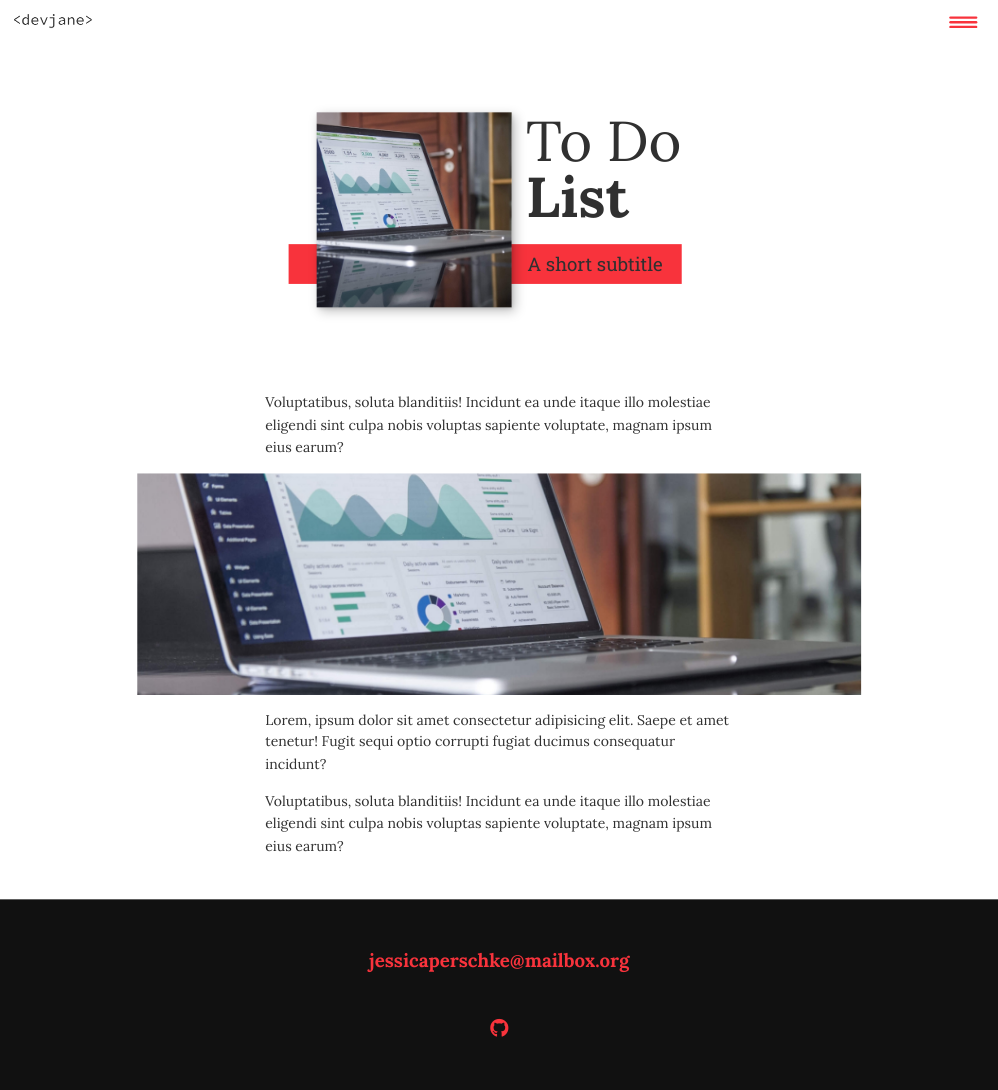
Repository: DinoDime/site
Page: portfolio-item2.html
These files come from the project's save history. The page is drawn as it stood at one moment and after the next save; the edit follows.
The browser window is 1280 px wide. The pictures show the whole page, at 78% of full size.
Some web libraries are served in a nearby version.

Above is the page before, as saved 2021-05-03 06:15:36.

### portfolio-item2.html
<!DOCTYPE html>
<html lang="en">
  <head>
    <link
      rel="stylesheet"
      href="https://cdnjs.cloudflare.com/ajax/libs/normalize/8.0.1/normalize.css"
    />
    <meta charset="UTF-8" />
    <meta name="viewport" content="width=device-width, initial-scale=1.0" />
    <title>Jess' Portfolio</title>
    <link
      rel="stylesheet"
      href="https://cdnjs.cloudflare.com/ajax/libs/normalize/7.0.0/normalize.min.css"
    />
    <link
      rel="stylesheet"
      href="https://cdnjs.cloudflare.com/ajax/libs/font-awesome/5.11.2/css/all.css"
      integrity="sha256-46qynGAkLSFpVbEBog43gvNhfrOj+BmwXdxFgVK/Kvc="
      crossorigin="anonymous"
    />

    <!-- Update these with your own fonts -->
    <link
      href="https://fonts.googleapis.com/css?family=Lora:400,700|Roboto+Slab:400,700&display=swap"
      rel="stylesheet"
    />

    <link rel="stylesheet" href="css/style.css" />
  </head>
  <body>
    <header>
      <div class="logo">
        <img src="img/devjane.png" alt="" />
      </div>
      <!--Hamburger button-->
      <button class="nav-toggle" aria-label="toggle navigation">
        <span class="hamburger"></span>
      </button>
      <nav class="nav">
        <ul class="nav__list">
          <li class="nav__item">
            <a href="index.html" class="nav__link">Home</a>
          </li>
          <li class="nav__item">
            <a href="index.html#Skills" class="nav__link">Skills</a>
          </li>
          <li class="nav__item">
            <a href="index.html#about" class="nav__link">About me</a>
          </li>
          <li class="nav__item">
            <a href="index.html#work" class="nav__link">My Work</a>
          </li>
        </ul>
      </nav>
    </header>

    <section class="intro">
      <h1 class="section__title section__title--intro">
        To Do <strong>List</strong>
      </h1>
      <p class="section__subtitle section__subtitle--intro">A short subtitle</p>
      <img src="img/portfolio-01.jpg" alt="" class="intro__img" />
    </section>

    <div class="portfolio-item-individual">
      <p>
        Voluptatibus, soluta blanditiis! Incidunt ea unde itaque illo molestiae
        eligendi sint culpa nobis voluptas sapiente voluptate, magnam ipsum eius
        earum?
      </p>
      <img src="img/portfolio-details.jpg" alt="" />
      <p>
        Lorem, ipsum dolor sit amet consectetur adipisicing elit. Saepe et amet
        tenetur! Fugit sequi optio corrupti fugiat ducimus consequatur incidunt?
      </p>
      <p>
        Voluptatibus, soluta blanditiis! Incidunt ea unde itaque illo molestiae
        eligendi sint culpa nobis voluptas sapiente voluptate, magnam ipsum eius
        earum?
      </p>
    </div>

    <!-- Footer -->
    <footer class="footer">
      <!-- replace with your own email address -->
      <a href="mailto:jessicaperschke@mailbox.org" class="footer__link"
        >jessicaperschke@mailbox.org</a
      >
      <ul class="social-list">
        <li class="social-list__item">
          <a class="social-list__link" href="https://github.com/jl-perschke">
            <i class="fab fa-github"></i>
          </a>
        </li>
      </ul>
    </footer>

    <script src="js/index.js"></script>
  </body>
</html>

### css/style.css
*,
*::before,
*::after {
    box-sizing: border-box;
}

/* Custom Properties, update these for your own design */

:root {
    --ff-primary: 'Lora', serif;
    --ff-secondary: 'Roboto Slab', serif;

    --fw-reg: 400;
    --fw-bold: 700;

    --clr-light: #fff;
    --clr-dark: #303030;
    --clr-accent: #f8333c;

    --fs-h1: 3rem;
    --fs-h2: 2.25rem;
    --fs-h3: 1.25rem;
    --fs-body: 1rem;

    --bs: 0.25em 0.25em 0.75em rgba(0,0,0,.25),
          0.125em 0.125em 0.25em rgba(0,0,0,.15);
}

@media (min-width: 800px) {
    :root {
        --fs-h1: 4.5rem;
        --fs-h2: 3.75rem;
        --fs-h3: 1.5rem;
        --fs-body: 1.125rem;
    }
}

/* General styles */

/* endable this to add smooth scrolling */
/* html {
    scroll-behavior: smooth;
} */


body {
    background: var(--clr-light);
    color: var(--clr-dark);
    margin: 0;
    font-family: var(--ff-primary);
    font-size: var(--fs-body);
    line-height: 1.6;
}

section {
    padding: 5em 2em;
}

img {
    display: block;
    max-width: 100%;
}

strong { font-weight: var(--fw-bold) }

:focus {
    outline: 3px solid var(--clr-accent);
    outline-offset: 3px;
}

/* Buttons */

.btn {
    display: inline-block;
    padding: .5em 2.5em;
    background: var(--clr-accent);
    color: var(--clr-dark);
    text-decoration: none;
    cursor: pointer;
    font-size: .8rem;
    text-transform: uppercase;
    letter-spacing: 2px;
    font-weight: var(--fw-bold);
    transition: transform 200ms ease-in-out;
}

.btn:hover {
    transform: scale(1.1);
}

/* Typography */

h1,
h2,
h3 {
    line-height: 1;
    margin: 0;
}

h1 { font-size: var(--fs-h1) }
h2 { font-size: var(--fs-h2) }
h3 { font-size: var(--fs-h3) }


.section__title {
    margin-bottom: .25em;
}

.section__title--intro {
    font-weight: var(--fw-reg);
}

.section__title--intro strong {
    display: block;
}

.section__subtitle {
    margin: 0;
    font-size: var(--fs-h3);
}

.section__subtitle--intro,
.section__subtitle--about {
    background: var(--clr-accent);
    padding: .25em 1em;
    font-family: var(--ff-secondary);
    margin-bottom: 1em;
}

.section__subtitle--work {
    color: var(--clr-accent);
    font-weight: var(--fw-bold);
    margin-bottom: 2em;
}

/* header */

header {
    display: flex;
    justify-content: space-between;
    padding: 1em;
}

.logo {
    max-width: 100px;
}

.nav {
    position: fixed;
    background: var(--clr-dark);
    color: var(--clr-light);
    top: 0;
    bottom: 0;
    left: 0;
    right: 0;
    z-index: 100;

    transform: translateX(100%);
    transition: transform 250ms cubic-bezier(.5, 0, .5, 1);
}

.nav__list {
    list-style: none;
    display: flex;
    height: 100%;
    flex-direction: column;
    justify-content: space-evenly;
    align-items: center;
    margin: 0;
    padding: 0;
}

.nav__link {
    color: inherit;
    font-weight: var(--fw-bold);
    font-size: var(--fs-h2);
    text-decoration: none;
}

.nav__link:hover {
    color: var(--clr-accent);
}

.nav-toggle {
    padding: .5em;
    background: transparent;
    border: 0;
    cursor: pointer;
    position: absolute;
    right: 1em;
    top: 1em;
    z-index: 1000;
}

.nav-open .nav {
    transform: translateX(0);
}

.nav-open .nav-toggle {
    position: fixed;
}

.nav-open .hamburger {
    transform: rotate(.625turn);
}

.nav-open .hamburger::before {
    transform: rotate(90deg) translateX(-6px);
}

.nav-open .hamburger::after {
    opacity: 0;
}






.hamburger {
    display: block;
    position: relative;
}

.hamburger,
.hamburger::before,
.hamburger::after {
    background: var(--clr-accent);
    width: 2em;
    height: 3px;
    border-radius: 1em;
    transition: transform 250ms ease-in-out;
}


.hamburger::before,
.hamburger::after {
    content: '';
    position: absolute;
    left: 0;
    right: 0;
}

.hamburger::before { top: 6px; }
.hamburger::after { bottom: 6px; }


/*  Intro section  */

.intro {
    position: relative;
}

.intro__img {
    box-shadow: var(--bs);
}

.section__subtitle--intro {
    display: inline-block;
}

@media (min-width: 600px) {
    .intro {
        display: grid;
        width: min-content;
        margin: 0 auto;
        grid-column-gap: 1em;
        grid-template-areas:
            "img title"
            "img subtitle";
        grid-template-columns: min-content max-content;
    }

    .intro__img {
        grid-area: img;
        min-width: 250px;
        position: relative;
        z-index: 2;
    }

    .section__subtitle--intro {
        align-self: start;
        grid-column: -1 / 1;
        grid-row: 2;
        text-align: right;
        position: relative;
        left: -1.5em;
        width: calc(100% + 1.5em);
    }
}



/*  My services section  */

.my-services {
    background-color: var(--clr-dark);
    background-image: url(../img/services-bg.jpg);
    background-size: cover;
    /* background-blend-mode: multiply; */
    color: var(--clr-light);
    text-align: center;
}

.section__title--services {
    color: var(--clr-accent);
    position: relative;
}

.section__title--services::after {
    content: '';
    display: block;
    width: 2em;
    height: 1px;
    margin: 0.5em auto 1em;
    background: var(--clr-light);
    opacity: 0.25;
}

.services {
    margin-bottom: 4em;
}

.service {
    max-width: 500px;
    margin: 0 auto;
}

@media (min-width: 800px) {
    .services {
        display: flex;
        max-width: 1000px;
        margin-left: auto;
        margin-right: auto;
    }

    .service + .service {
        margin-left: 2em;
    }
}


.about-me {
    max-width: 1000px;
    margin: 0 auto;
}

.about-me__img {
    box-shadow: var(--bs);
}

@media (min-width: 600px) {
    .about-me {
        display: grid;
        grid-template-columns: 1fr 200px;
        grid-template-areas:
            "title img"
            "subtitle img"
            "text img";
        grid-column-gap: 2em;
    }

    .section__title--about {
        grid-area: title;
    }

    .section__subtitle--about {
        grid-column: 1 / -1;
        grid-row: 2;
        position: relative;
        left: -1em;
        width: calc(100% + 2em);
        padding-left: 1em;
        padding-right: calc(200px + 4em);
    }

    .about-me__img {
        grid-area: img;
        position: relative;
        z-index: 2;
    }
}

/* My Work */

.my-work {
    background-color: var(--clr-dark);
    color: var(--clr-light);
    text-align: center;
}

.portfolio {
    display: grid;
    grid-template-columns: repeat(auto-fit, minmax(300px, 1fr));
}

.portfolio__item {
    background: var(--clr-accent);
    overflow: hidden;
}

.portfolio__img {
    transition:
        transform 750ms cubic-bezier(.5, 0, .5, 1),
        opacity 250ms linear;
}

.portfolio__item:focus {
    position: relative;
    z-index: 2;
}

.portfolio__img:hover,
.portfolio__item:focus .portfolio__img {
    transform: scale(1.2);
    opacity: .5;
}


/* footer */

.footer {
    background: #111;
    color: var(--clr-accent);
    text-align: center;
    padding: 2.5em 0;
    font-size: var(--fs-h3);

}

.footer a {
    color: inherit;
    text-decoration: none;
}

.footer__link {
    font-weight: var(--fw-bold);
}

.footer__link:hover,
.social-list__link:hover {
    opacity: .7;
}

.footer__link:hover {
    text-decoration: underline;
}

.social-list {
    list-style: none;
    display: flex;
    justify-content: center;
    margin: 2em 0 0;
    padding: 0;
}

.social-list__item {
    margin: 0 .5em;
}

.social-list__link {
    padding: .5em;
}


/* Individual portfolio item styles */

.portfolio-item-individual {
    padding: 0 2em 2em;
    max-width: 1000px;
    margin: 0 auto;
}

.portfolio-item-individual p {
    max-width: 600px;
    margin-left: auto;
    margin-right: auto;
}

Loaded but not shown: js/index.js (common file)

After the next save:
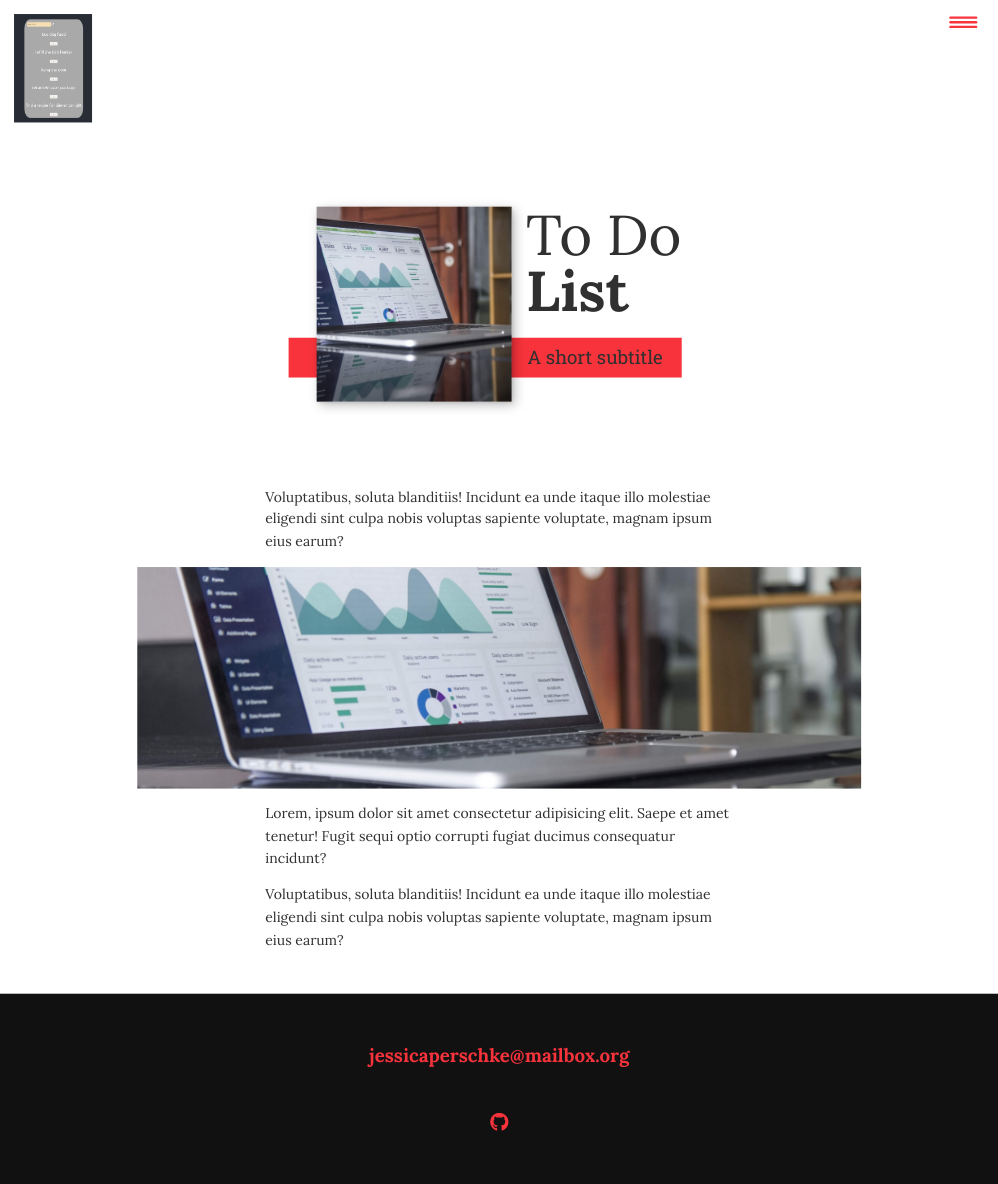
Saved 12 s later.
--- a/portfolio-item2.html
+++ b/portfolio-item2.html
@@ -30,7 +30,7 @@
   <body>
     <header>
       <div class="logo">
-        <img src="img/devjane.png" alt="" />
+        <img src="img/todo.png" alt="" />
       </div>
       <!--Hamburger button-->
       <button class="nav-toggle" aria-label="toggle navigation">
